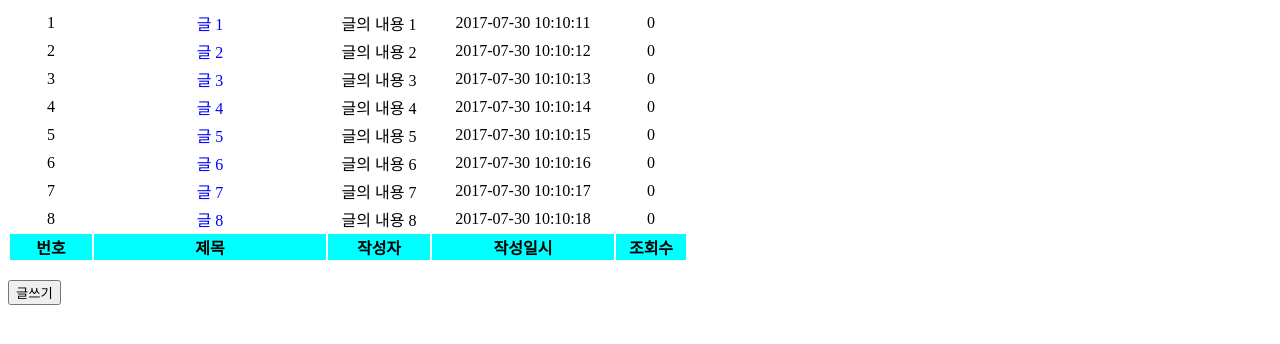
Repository: kdh2212/KDT_code
Page: http://localhost/20250807Web/boardList.jsp
An editor plug-in stored every save of this project. The page is shown before and after the next save, followed by the edit.
The browser window is 1280 px wide. The pictures show the whole page.
The page is served by Tomcat 9. The database holds what the project's SQL file puts in it.

Above is the page before, as saved 2025-08-07 06:26:08.

After the next save:
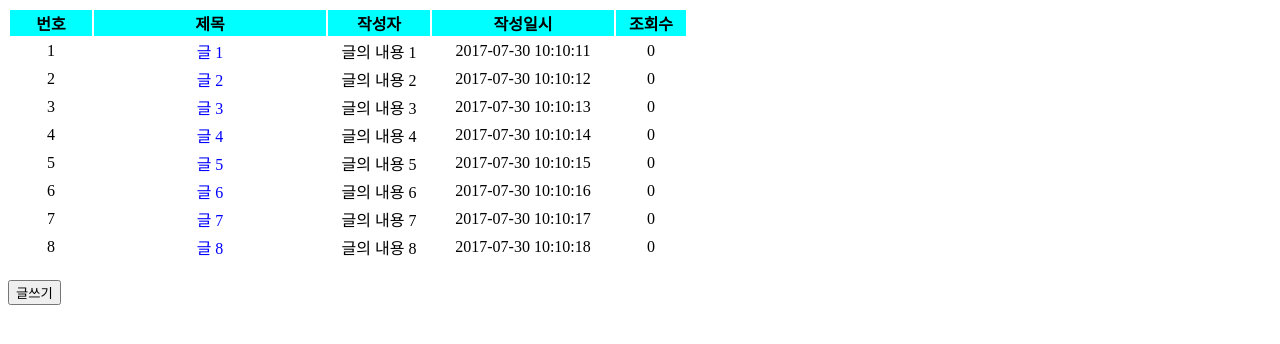
Saved 12 s later.
--- a/20250807Web/src/main/webapp/boardList.jsp
+++ b/20250807Web/src/main/webapp/boardList.jsp
@@ -22,6 +22,13 @@
 </head>
 <body>
 <table>
+ <tr>
+        <th class="num"    >번호    </th>
+        <th class="title"  >제목    </th>
+        <th class="writer" >작성자  </th>
+        <th class="regtime">작성일시</th>
+        <th                >조회수  </th>
+    </tr>
 <%
 Connection conn = null;
 Statement stmt = null;
@@ -63,13 +70,7 @@ try {
 }
 %>
 <!-- 여기 삭제 -->
-  <tr>
-        <th class="num"    >번호    </th>
-        <th class="title"  >제목    </th>
-        <th class="writer" >작성자  </th>
-        <th class="regtime">작성일시</th>
-        <th                >조회수  </th>
-    </tr>
+
 
 </table>
 <br>
